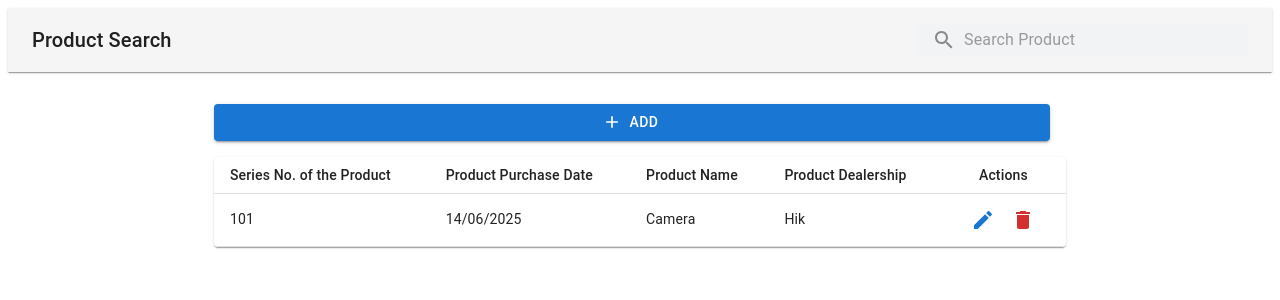
Repository: Sharathguru/Product_Task
Page: / (app in Frontend/)
These files come from the project's save history. The page is drawn as it stood at one moment and after the next save; the edit follows.
The browser window is 1280 px wide. The pictures show the whole page.
The project was rebuilt for these pictures with package versions that can differ from the ones it lists, and the page was loaded fresh each time. Requests to the local data server were answered from the project's data file. Also part of the build but not shown: Frontend/vite.config.js, Frontend/src/index.css, Frontend/src/Pages/Insert.jsx, Frontend/src/Pages/Update.jsx, Frontend/src/Pages/Delete.jsx.

Above is the page before, as saved 2025-06-13 15:09:11.

After the next save:
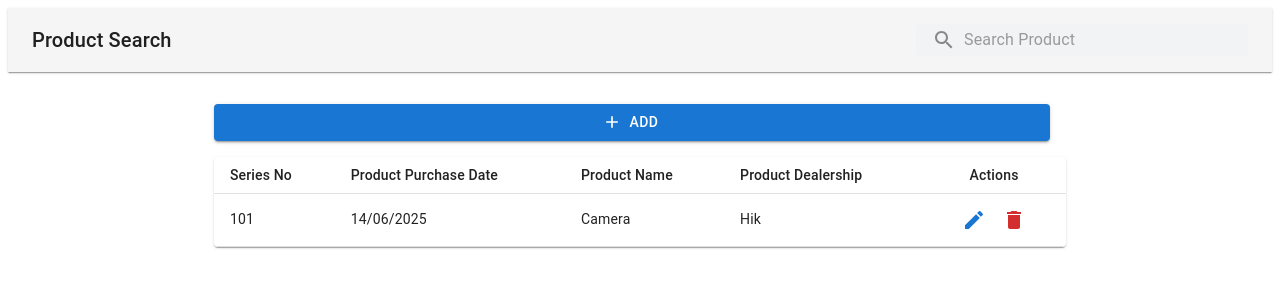
Saved 33 s later.
--- a/Frontend/src/Pages/Fetch.jsx
+++ b/Frontend/src/Pages/Fetch.jsx
@@ -79,7 +79,7 @@ const Fetch = ({ search }) => {
         <Table size="small">
           <TableHead>
             <TableRow>
-              <TableCell>Series No. of the Product</TableCell>
+              <TableCell>Series No</TableCell>
               <TableCell>Product Purchase Date</TableCell>
               <TableCell>Product Name</TableCell>
               <TableCell>Product Dealership</TableCell>
